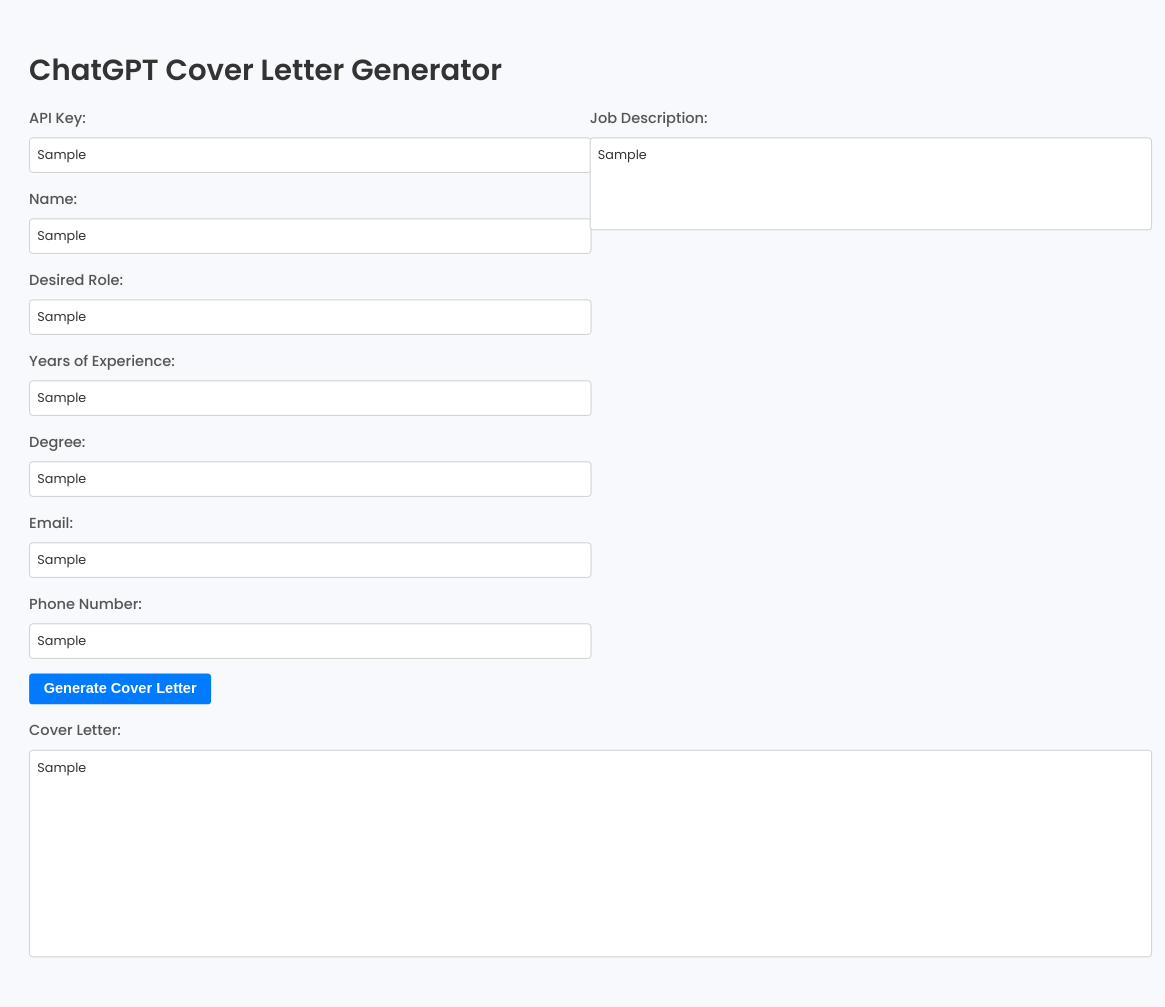
Repository: fechinmitchell/MFM
Page: popup.html
An editor plug-in stored every save of this project. The page is shown before and after the next save, followed by the edit.
The browser window is 1280 px wide. The pictures show the whole page, at 91% of full size.
Empty fields were first filled with sample values (such as "Sample", 5 or name@example.com).
After loading, the first visible `#generateBtn` was clicked once.

Above is the page before, as saved 2023-07-02 19:42:47.
Console error: TypeError: Cannot read properties of null (reading 'style')

After the next save:
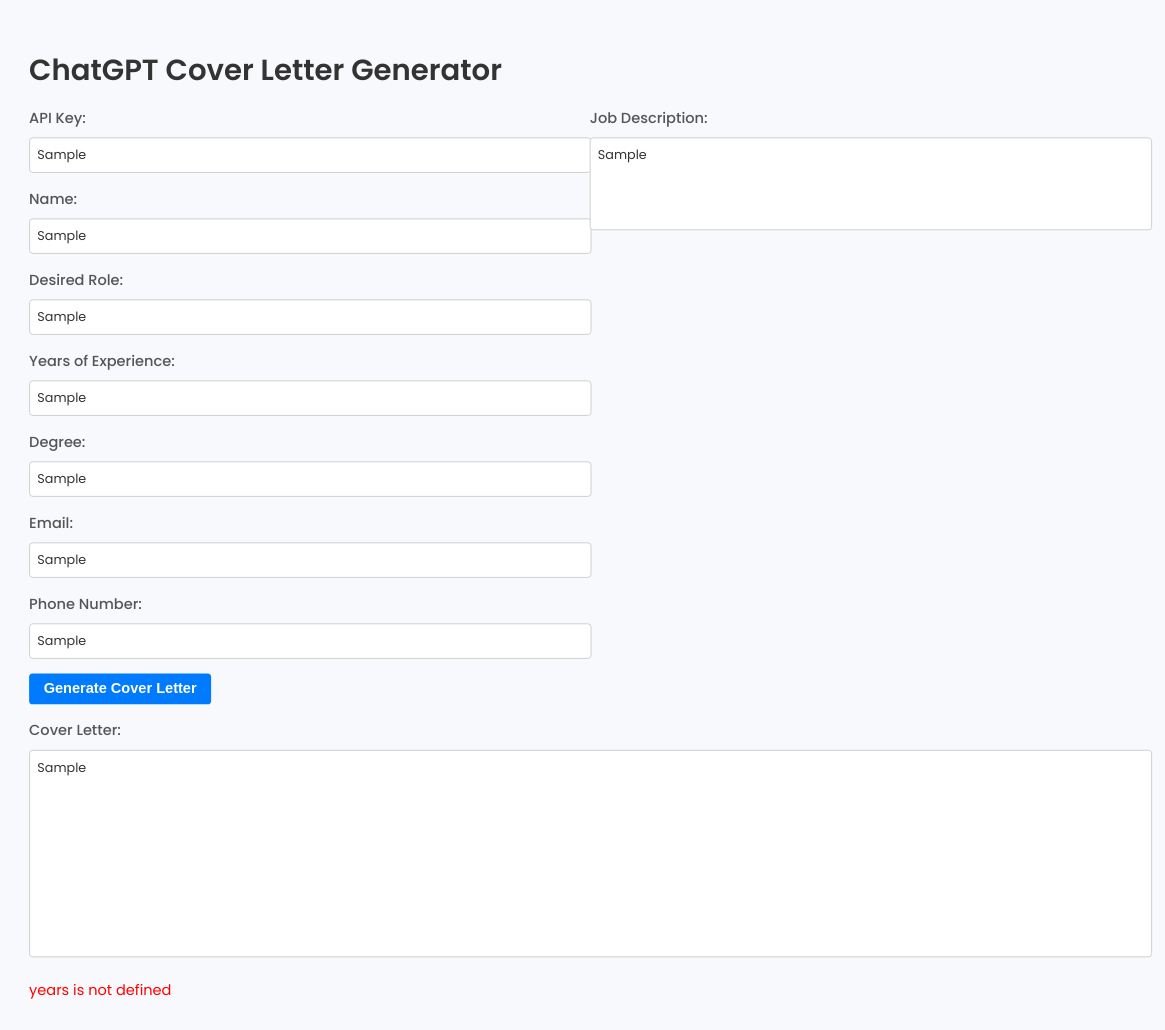
The error is gone.
Saved 96 s later.
--- a/popup.js
+++ b/popup.js
@@ -11,7 +11,6 @@
   const coverLetter = document.getElementById("coverLetter");
   const loading = document.getElementById("loading");
   const error = document.getElementById("error");
-  const loadingBar = document.getElementById("loadingBar");
 
   // Load saved data from localStorage
   apiKeyInput.value = localStorage.getItem('apiKey') || '';
@@ -34,7 +33,6 @@
   generateBtn.addEventListener("click", async () => {
     try {
       loading.style.display = "block";
-      loadingBar.style.display = "block"; // Show the loading bar
       error.style.display = "none";
 
       const apiKey = sanitizeInput(apiKeyInput.value);
@@ -66,49 +64,47 @@
           'content': `Generate a professional cover letter for a job application based on the following information in about 300 words please:
           Name: ${name}
           Desired Role: ${desiredRole}
+          Years of Experience: ${years}
           Years of Experience: ${yearsExperience}
           Degree: ${degree}
           Email: ${email}
           Phone Number: ${phoneNumber}
-
-          Job Description:
-          ${description}`
+          Job Description: ${description}`
         }
       ];
 
-      response = await fetch("https://api.openai.com/v1/chat/completions", {
+      const prompt = {
+        'messages': messages
+      };
+
+      const data = {
+        'apiKey': apiKey,
+        'prompt': JSON.stringify(prompt),
+        'maxTokens': 500,
+        'temperature': 0.5,
+        'topP': 1
+      };
+
+      response = await fetch("https://api.openai.com/v1/engines/davinci-codex/completions", {
         method: "POST",
         headers: {
-          "Content-Type": "application/json",
-          "Authorization": `Bearer ${apiKey}`
+          'Content-Type': 'application/json'
         },
-        body: JSON.stringify({
-          'model': 'gpt-3.5-turbo',
-          'messages': messages,
-          'max_tokens': 500,
-          'n': 1,
-                   'temperature': 0.5
-        }),
+        body: JSON.stringify(data)
       });
 
       if (!response.ok) {
-        throw new Error('Network response was not ok');
+        throw new Error(`HTTP error! status: ${response.status}`);
+      } else {
+        response = await response.json();
+        coverLetter.value = response.choices[0].message.content;
+        loading.style.display = "none";
       }
 
-      const data = await response.json();
-
-      if (data['choices'] && data['choices'].length > 0) {
-        const generatedCoverLetter = data['choices'][0]['message']['content'];
-        coverLetter.value = generatedCoverLetter;
-      } else {
-        throw new Error('Unable to generate a cover letter. Please try again.');
-      }
-    } catch (error) {
-      error.textContent = `An error occurred: ${error.message}`;
+    } catch(e) {
+      loading.style.display = "none";
       error.style.display = "block";
-    } finally {
-      loading.style.display = "none";
-      loadingBar.style.display = "none"; // Hide the loading bar
+      error.textContent = e.message || 'An unexpected error occurred.';
     }
   });
 });
